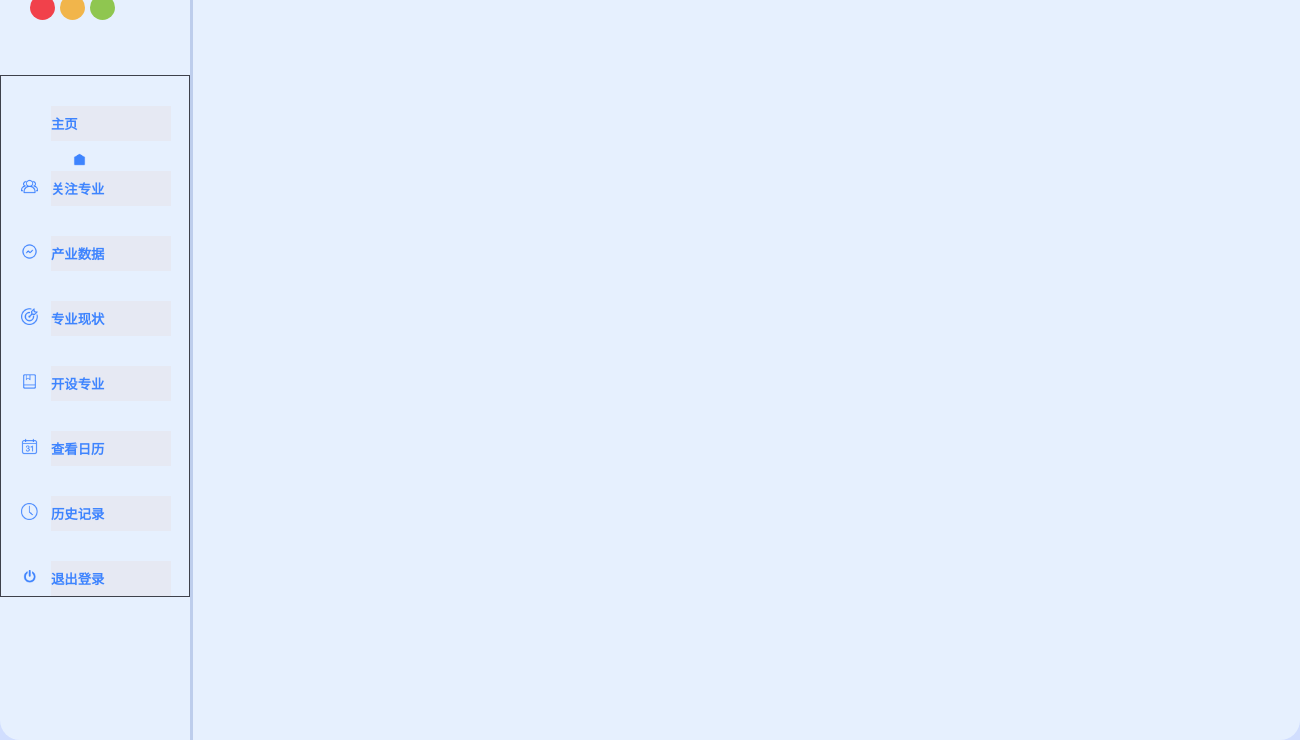
Repository: akaCSDN/test
Page: 2.1主页.html
The author's editor kept a copy of each file at every save. The page is drawn from the files as they stood at one save, then again after the next save.
The browser window is 1280 px wide. The page is 1300 px wide, so the pictures cover 1300 px, including what lies to the right of the window. The pictures show the whole page.

Above is the page before, as saved 2022-12-02 15:42:38.

### 2.1主页.html
<!DOCTYPE html>
<html lang="en">
<head>
    <meta charset="UTF-8">
    <meta http-equiv="X-UA-Compatible" content="IE=edge">
    <meta name="viewport" content="width=device-width, initial-scale=1.0">
    <title>Document</title>
    <style type="text/css">
        *{
            margin: 0;
            padding: 0;
            border: 0;
        }
        .main{
            width: 1300px;
            height: 760px;
            /* border: 1px solid black; */
            border-radius: 20px;
            background-color: aliceblue;
            opacity: 0.7;
            position: absolute;
            top: 0;
            right: 0;
            bottom: 0;
            left: 0;
            margin: auto;

        }
        .left{
            width: 190px;
            height: 760px;
            border-radius: 20px 0px 0px 20px;
            border-right: 3px solid rgba(146, 169, 213, 0.622);
            /* border: 1px solid black; */
            position: absolute;
        }
        .circle-point{
            width: 100px;
            height: 30px;
            /* border: 1px solid black; */
            margin-left: 25px;
            margin-top: 15px;
        }
        .circle-point div{
            width: 25px;
            height: 25px;
            border-radius: 100% 100% 100% 100%;
            float: left;
            opacity: 1;
            /* position: absolute; */
            margin-left: 5px;

        }
        .button{
            width: auto;
            height: auto;
            border: 1px solid black;
            margin-top: 50px;

        }
        .button ul{
            list-style-type: none;
        }
        .button button{
            width: 120px;
            height: 35px;
            text-align: left;
            margin-left: 50px;
            /* color: rgba(0, 94, 255, 0.909); */
            color: #005EFF;
            font-weight: 600;
            margin-top: 30px;


        }
        .button img{
            width: 17px;
            height: 17px;
            position: absolute;
            margin-top: 37px;
            margin-left: 20px;
        }
    </style>
</head>
<body style="background-color: rgb(209, 222, 254);">
    <div class="main">
        <div class="left">
            <div class="circle-point">
                <div style="background-color: red;"></div>
                <div style="background-color: orange;"></div>
                <div style="background-color:rgb(116, 189, 7);"></div>
            </div>
            <div class="button">
                    <button><img src="./icon/主页.png" alt="">主页</button>
                    <br>
                    <img src="./icon/专业.png" alt=""><button>关注专业</button>
                    <br>
                    <img src="./icon/数据.png" alt=""><button>产业数据</button>
                    <br>
                    <img src="./icon/现状.png" alt=""><button>专业现状</button>
                    <br>
                    <img src="./icon/开设.png" alt=""><button>开设专业</button>
                    <br>
                    <img src="./icon/日历.png" alt=""><button>查看日历</button>
                    <br>
                    <img src="./icon/历史.png" alt=""><button>历史记录</button>
                    <br>
                    <img src="./icon/退出.png" alt=""><button>退出登录</button>

            </div>



        </div>

    </div>
</body>
</html>

After the next save:
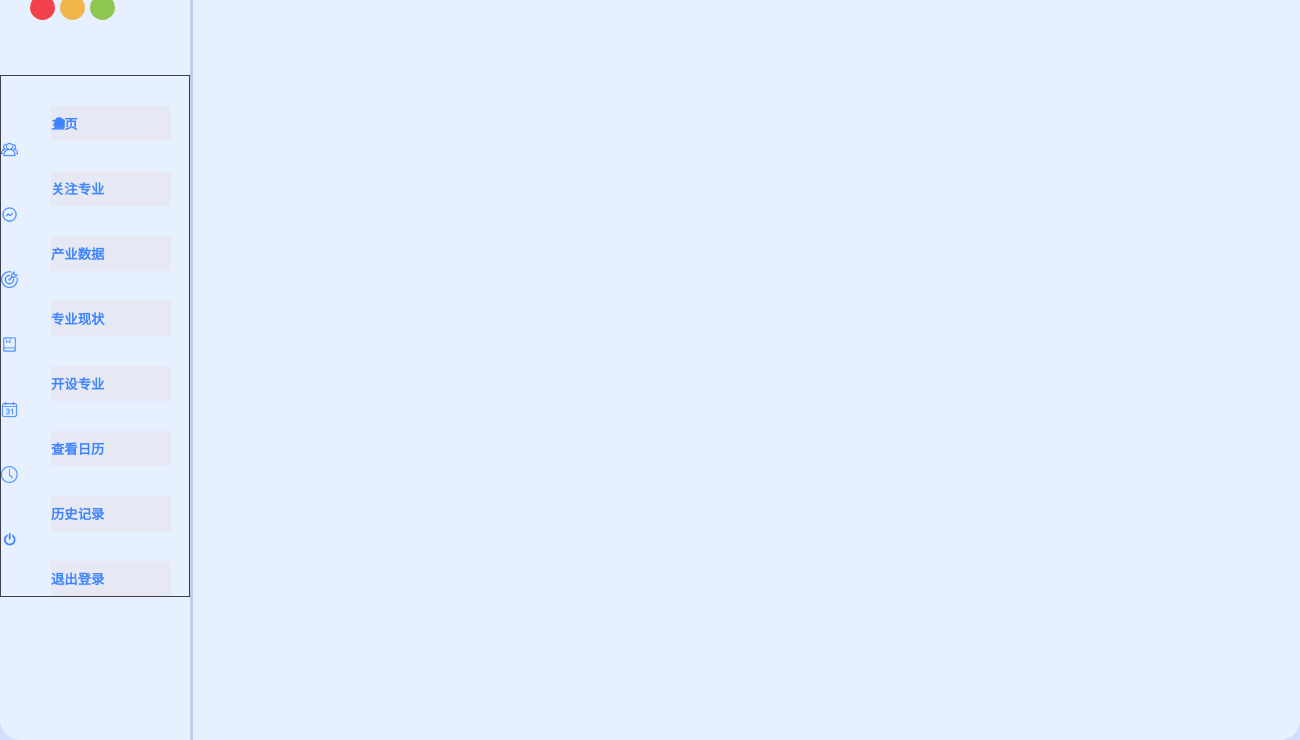
Saved 18 s later.
--- a/2.1主页.html
+++ b/2.1主页.html
@@ -77,8 +77,8 @@
             width: 17px;
             height: 17px;
             position: absolute;
-            margin-top: 37px;
-            margin-left: 20px;
+            /* margin-top: 37px;
+            margin-left: 20px; */
         }
     </style>
 </head>
